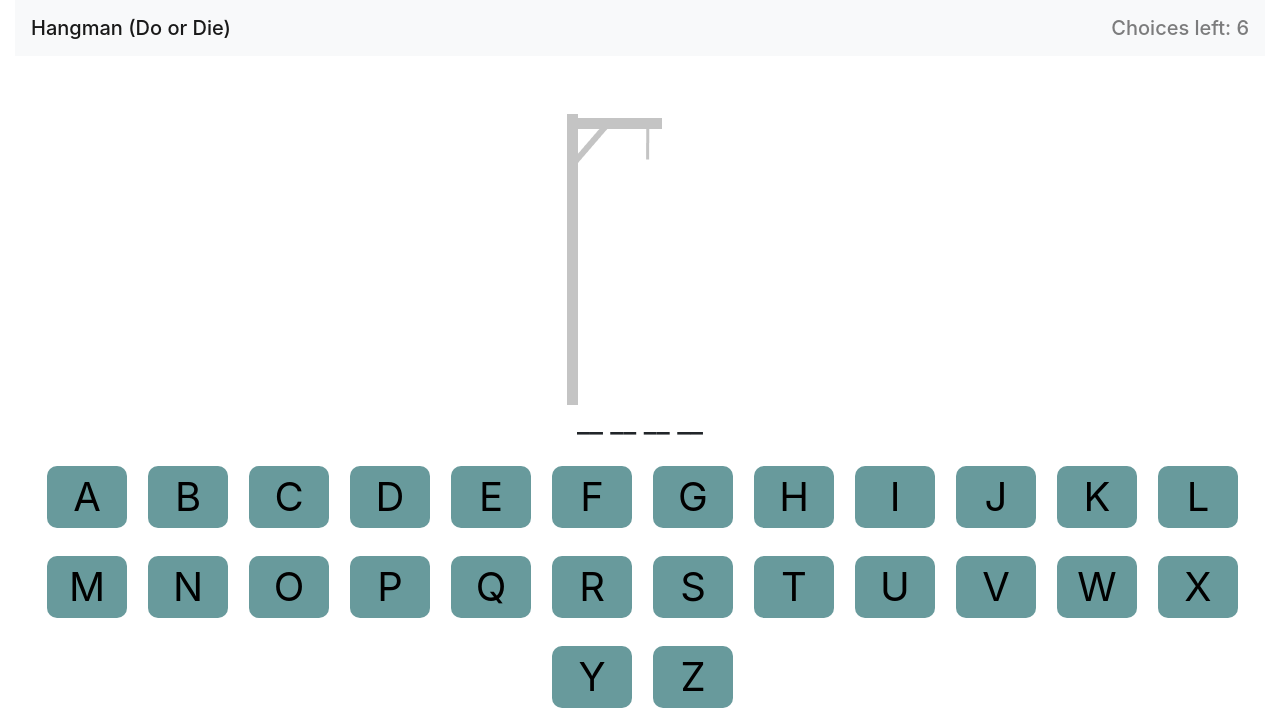
Repository: jatinhchanchlani/hangman
Page: /
These files come from the project's save history. The page is drawn as it stood at one moment and after the next save; the edit follows.
The browser window is 1280 px wide. The pictures show the whole page.
The project was rebuilt for these pictures with package versions that can differ from the ones it lists, and the page was loaded fresh each time. Also part of the build but not shown: src/App.css, src/components/playAgain.jsx.

Above is the page before, as saved 2020-10-25 21:05:58.

After the next save:
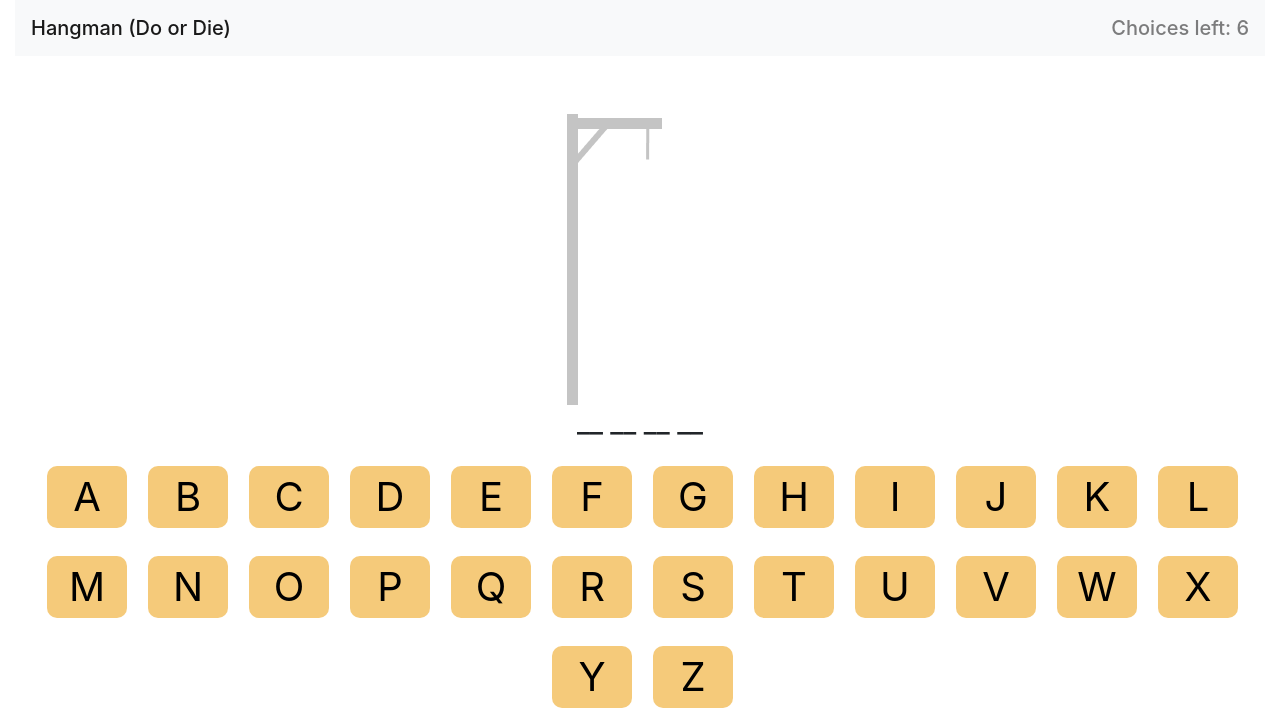
Saved 19 s later.
--- a/src/components/inputCharacters.jsx
+++ b/src/components/inputCharacters.jsx
@@ -23,7 +23,7 @@ class InputCharacters extends Component {
 
   getBackground(character) {
     if (character.canClick) {
-      return "#689a9c";
+      return "#f5ca7a";
     } else {
       return "Red";
     }
